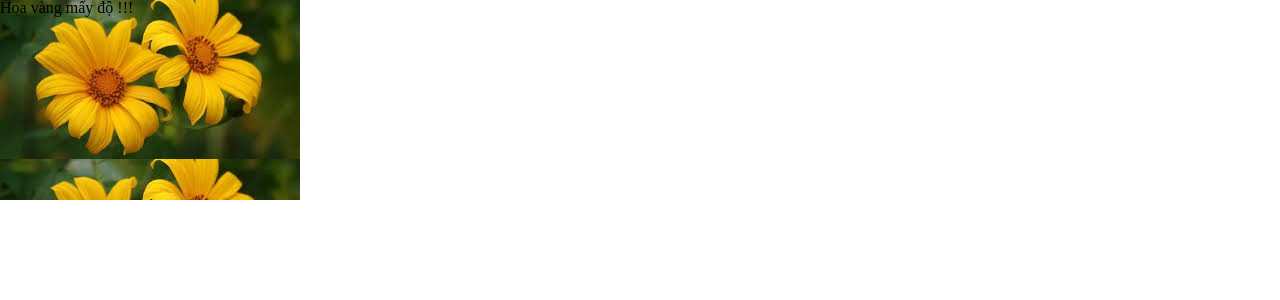
Repository: Tan-Khang21/TH_TKW--Buoi_07
Page: Bai_Tap_Tren_lop/Bai_05/opacity2.html
An editor plug-in stored every save of this project. The page is shown before and after the next save, followed by the edit.
The browser window is 1280 px wide. The pictures show the whole page.

Above is the page before, as saved 2024-03-12 16:52:20.

### Bai_Tap_Tren_lop/Bai_05/opacity2.html
<!DOCTYPE html>
<html lang="en">
  <head>
    <meta charset="UTF-8" />
    <meta name="viewport" content="width=device-width, initial-scale=1.0" />
    <title>Document</title>
    <link rel="stylesheet" href="style.css" />
    <link rel="stylesheet" href="reset.css" />
  </head>
  <body>
    <div class="container" style="background-image: url(images/images.jpg)">
      <div class="boxtext">
        <p class="text">Hoa vàng mấy độ !!!</p>
      </div>
    </div>
  </body>
</html>

### Bai_Tap_Tren_lop/Bai_05/style.css
* {
  box-sizing: border-box;
}
body {
  width: 100%;
}
.container {
  width: 300px;
  height: 200px;
}

Loaded but not shown: Bai_Tap_Tren_lop/Bai_05/reset.css (common file)

After the next save:
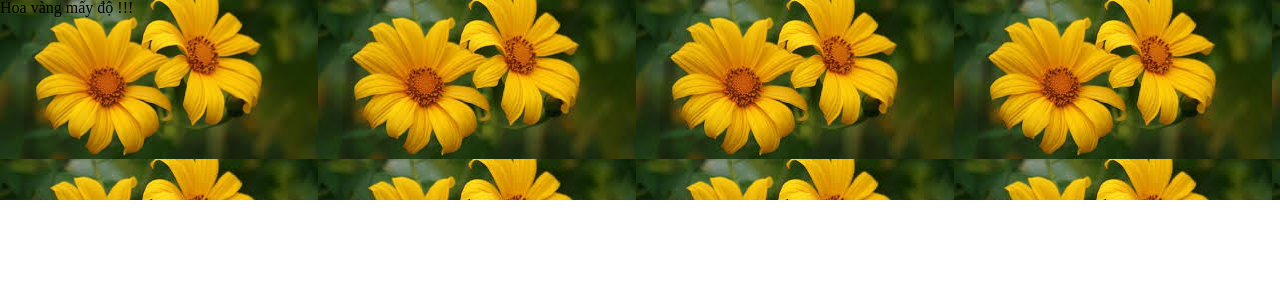
Saved 7 s later.
--- a/Bai_Tap_Tren_lop/Bai_05/style.css
+++ b/Bai_Tap_Tren_lop/Bai_05/style.css
@@ -5,6 +5,6 @@ body {
   width: 100%;
 }
 .container {
-  width: 300px;
+  width: 100%;
   height: 200px;
 }
